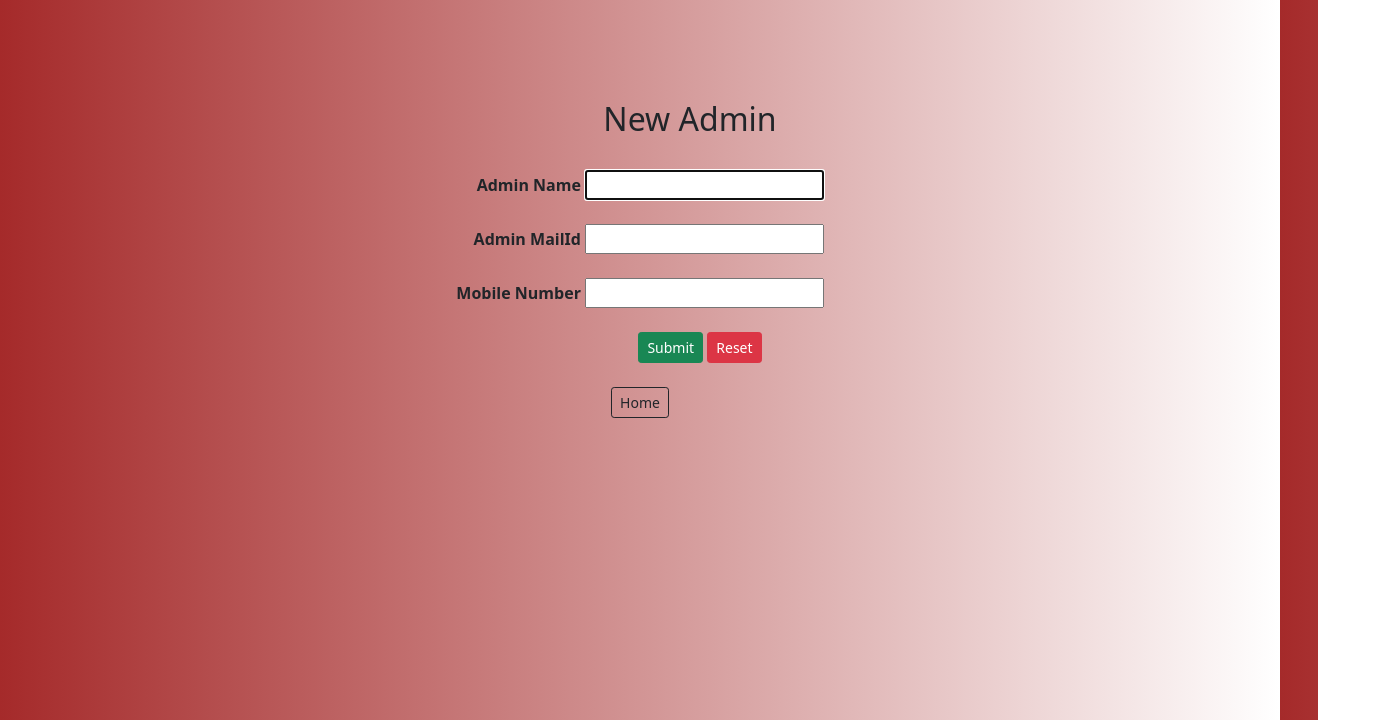
Repository: selvakumar46/Project-Maven
Page: http://localhost/ProjectKFC/NewAdmin.jsp
The author's editor kept a copy of each file at every save. The page is drawn from the files as they stood at one save, then again after the next save.
The browser window is 1280 px wide. The page is 1318 px wide, then 1400 px, so the pictures cover 1400 px, including what lies to the right of the window. The pictures show the whole page.
The page is served by Tomcat 9. Nobody is signed in. The application's start-up code is not run. Other server files are loaded and not shown.

Above is the page before, as saved 2022-01-12 05:26:02.

### ProjectKFC/src/main/webapp/NewAdmin.jsp
<%@ page language="java" contentType="text/html; charset=ISO-8859-1"
    pageEncoding="ISO-8859-1"%>
<!DOCTYPE html>
<html>
<head>
<meta charset="ISO-8859-1">
<title>New Admin</title>
<link href="https://cdn.jsdelivr.net/npm/bootstrap@5.1.3/dist/css/bootstrap.min.css" rel="stylesheet">
  <script src="https://cdn.jsdelivr.net/npm/bootstrap@5.1.3/dist/js/bootstrap.bundle.min.js"></script>
<style >
	body {
	background:linear-gradient(to right,brown,white);
}

.container {
	margin-top: 100px;
}
h2{
	margin-right: -100px;
}
.center{
	margin-right:-120px;
}
label {
        display: inline-block;
        width: 165px;
        text-align: right;
        margin-left:-40px; ;
      }
</style>
</head>
<body>
	<center>
		<form action="newAdmin">
			<div class="container">
				<h2>New Admin</h2> <br>
				<label for="adminName" id="adminName"><b>Admin Name</b></label>
				<input type="text" name="adminName" required autofocus> <br> <br>
				<label for="adminMailId" id="adminMailId"><b>Admin MailId</b></label>
				<input type="text" name="adminMailId" pattern="[a-z0-9]+[@][a-z]+[.][a-z]{2,3}"
					title="Enter your mailId In correctly example:kfc@gmail.com" required> <br> <br>
				<label for="adminNumber" id="adminNumber"><b>Mobile Number</b></label>
				<input type="number" name="adminNumber" pattern="[6-9][0-9]{9}"
					title="Enter your 10- digit mobile number" min="0" required> <br> <br>
					<center class="center">
					<button type="submit" class="btn btn-success btn-sm">Submit</button>
					<button type="reset" class="btn btn-danger btn-sm">Reset</button>
					</center>
			</div>
		</form><br>
		<a><center><button type="submit" class="btn btn-outline-dark btn-sm">Home</button></center></a>
	</center>
</body>
</html>

After the next save:
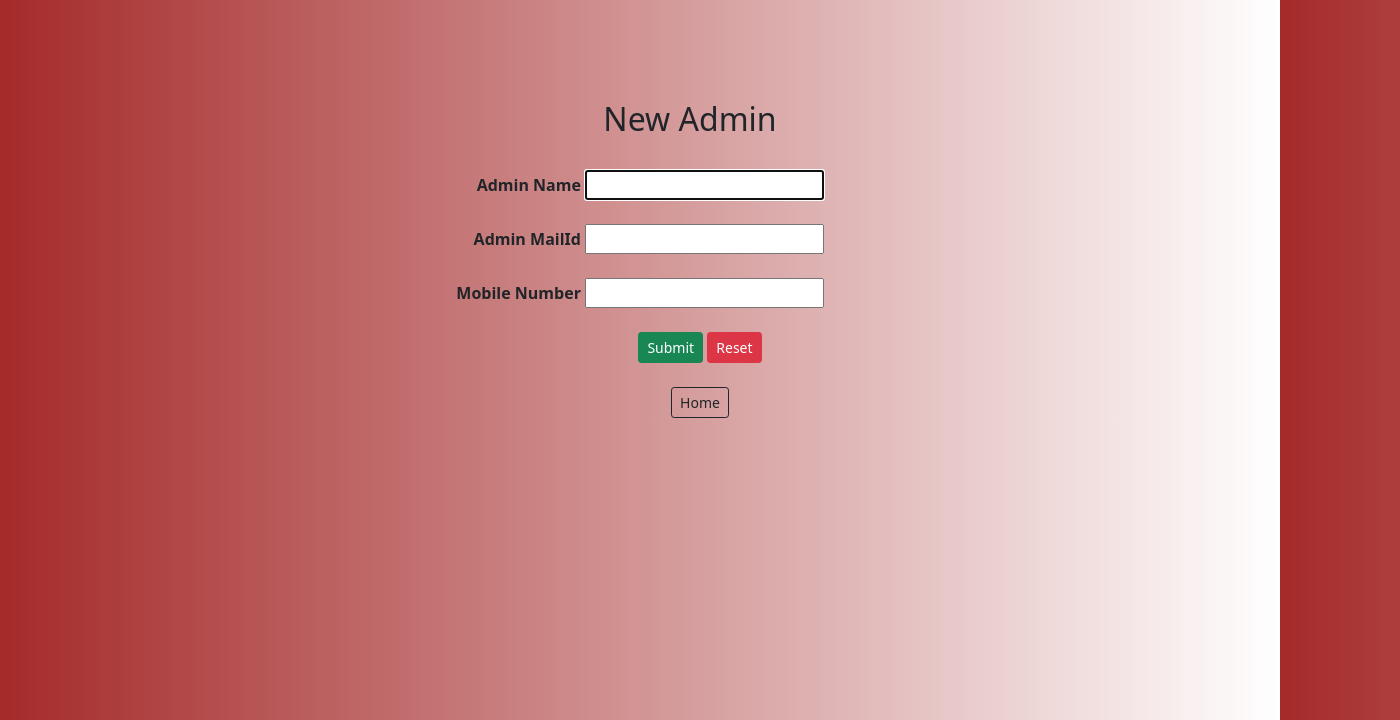
Saved 15 s later.
--- a/ProjectKFC/src/main/webapp/NewAdmin.jsp
+++ b/ProjectKFC/src/main/webapp/NewAdmin.jsp
@@ -48,7 +48,7 @@ label {
 					</center>
 			</div>
 		</form><br>
-		<a><center><button type="submit" class="btn btn-outline-dark btn-sm">Home</button></center></a>
+		<a><center class="center"><button type="submit" class="btn btn-outline-dark btn-sm">Home</button></center></a>
 	</center>
 </body>
 </html>
